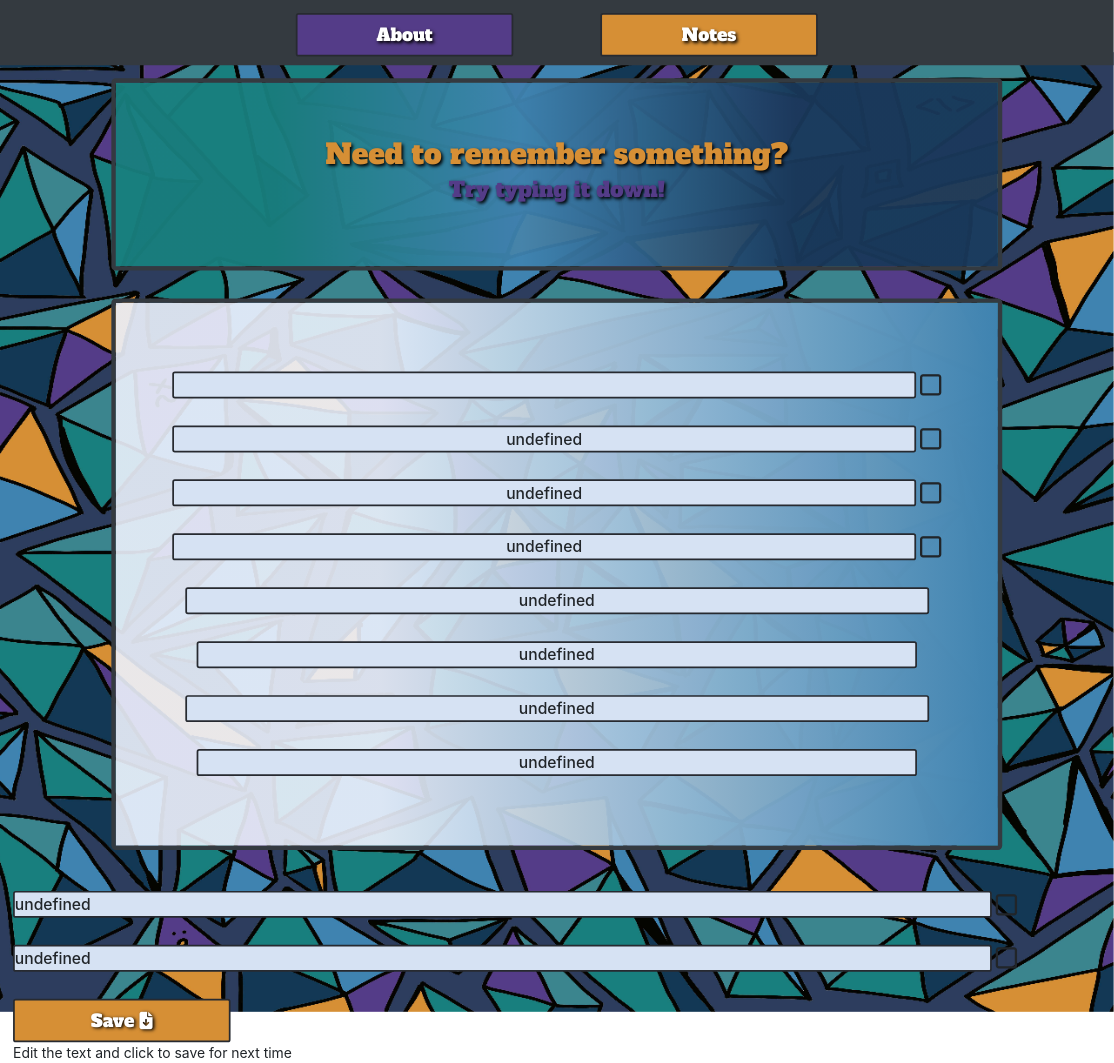
Repository: Kamicoda/Mynote
Page: index.html
The author's editor kept a record of every edit. The page is drawn from the files as they stood at one moment, then again after the next edit.
The browser window is 1280 px wide. The pictures show the whole page, at 87% of full size.
Backgrounds fixed to the window are drawn as part of the page. Some web fonts or font styles are not loaded; a fallback is used. Some web libraries are served in a nearby version.

Above is the page before.

After the next edit:
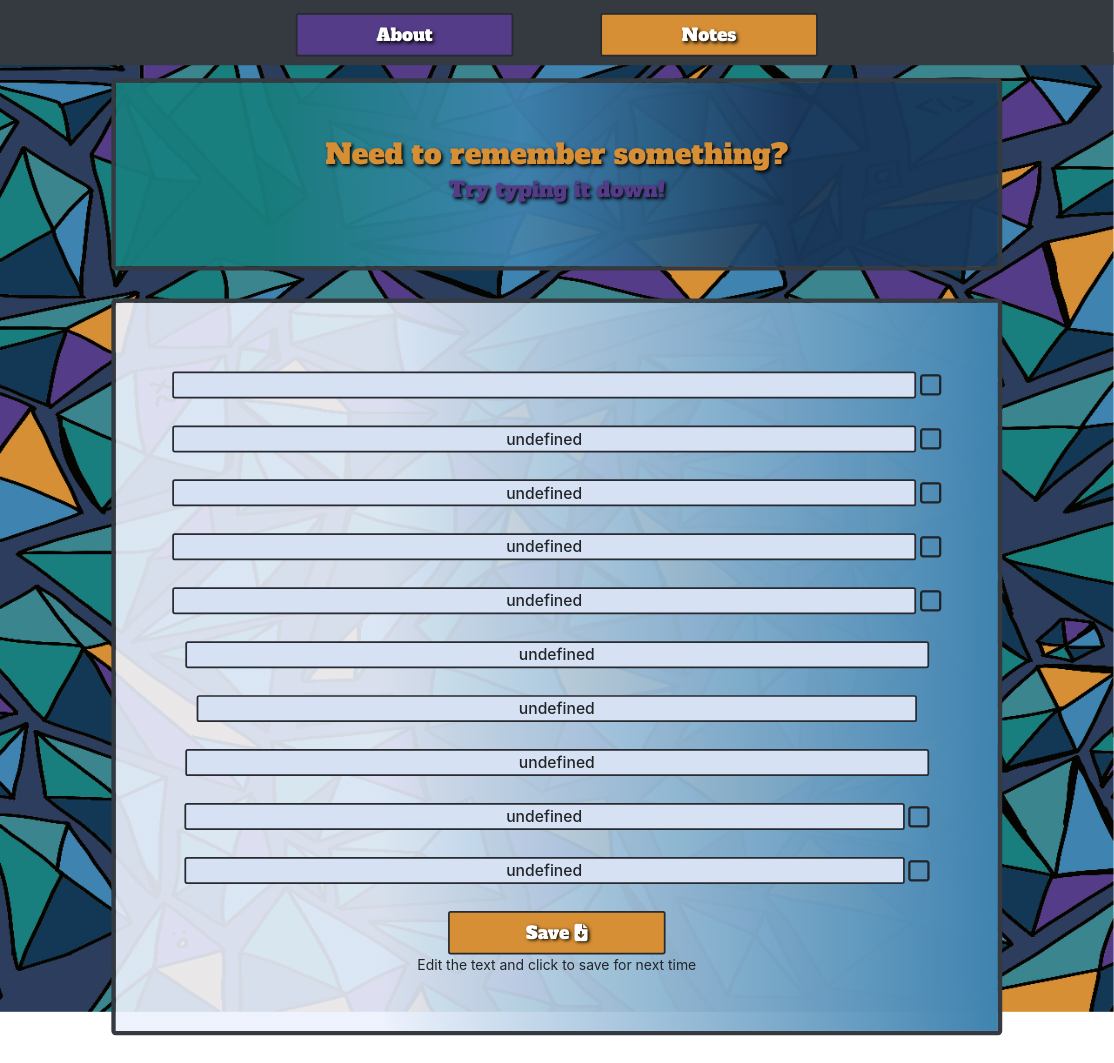
The edit:
--- a/index.html
+++ b/index.html
@@ -123,7 +123,7 @@
                         </div>
 
                         <div class="col-12">
-                            <p id="edit4" contenteditable="true" class="editableP border border-light" placeholder=">But remeber</p>
+                            <p id="edit4" contenteditable="true" class="editableP border border-light" placeholder="But remeber"></p>
                             <div id="checkBox4" class="checkbox">
                                 <i id="fasquare4" class="far fa-square"></i>
                                 <i id="fabox4" class="far fa-check-square"></i>
